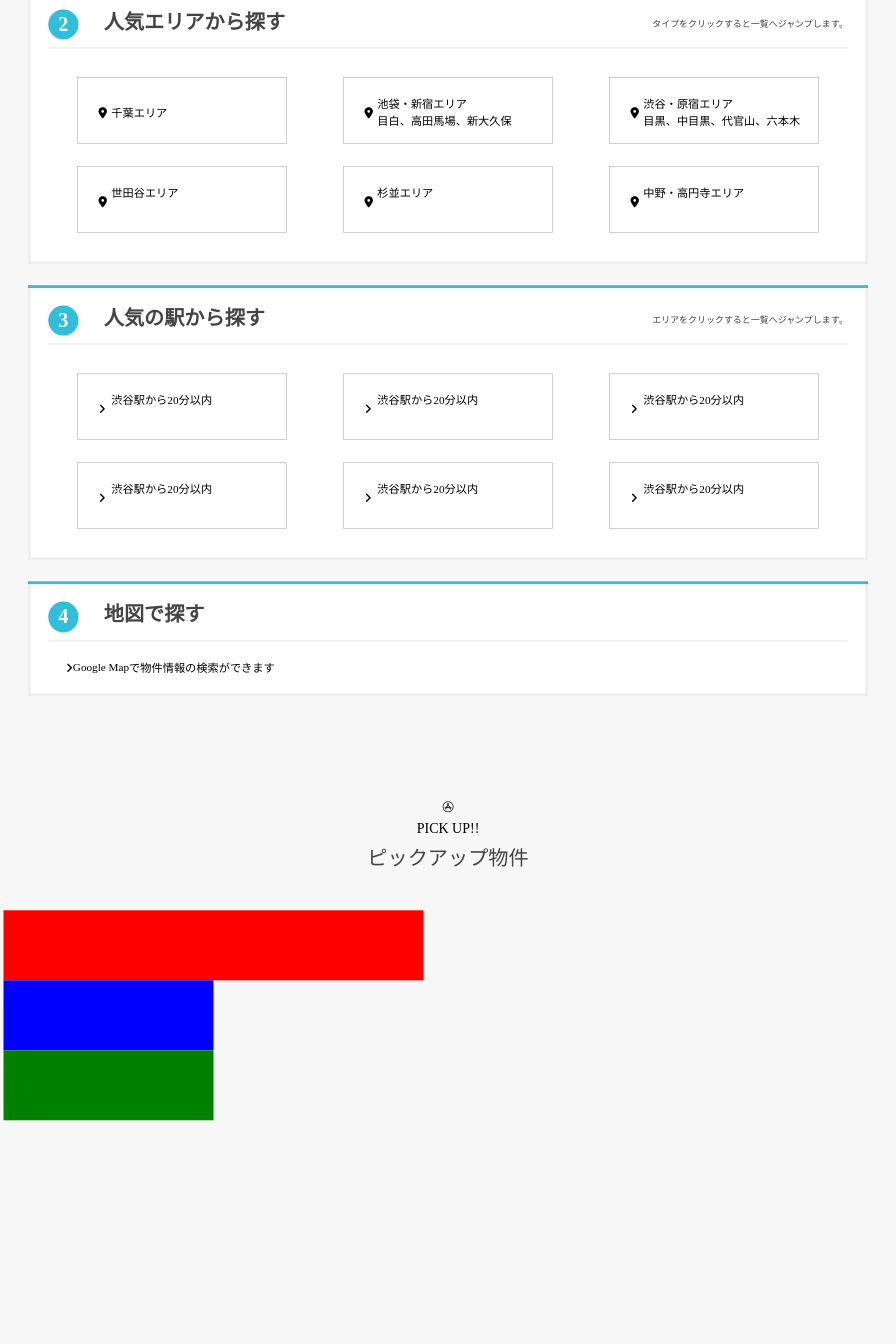
Repository: ninhdavid/real-estate
Page: index.html
The author's editor kept a copy of each file at every save. The page is drawn from the files as they stood at one save, then again after the next save.
The browser window is 1280 px wide. The pictures show the part of the page from y = 969 to 2889 px (the page is 2889 px tall), at 70% of full size.
Some web libraries are served in a nearby version. The style sheet was rebuilt from its Sass, Less or Tailwind sources for each picture, by a compiler version that may differ from the author's.

Above is the page before, as saved 2022-05-27 20:12:50.

After the next save:
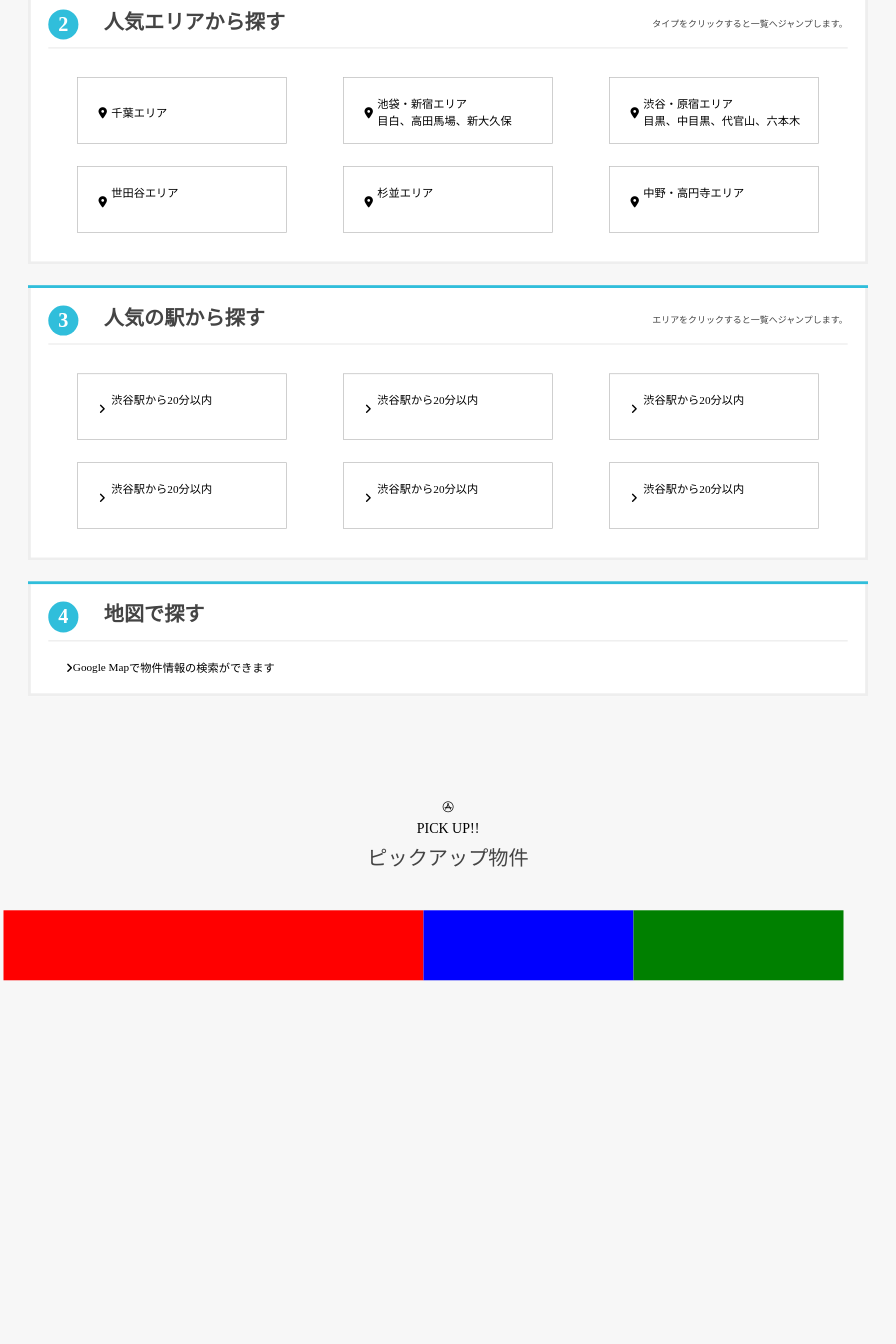
Saved 5 s later.
--- a/css/main.scss
+++ b/css/main.scss
@@ -254,11 +254,11 @@
     background-color: red;
 }
 .house-2{
-    grid-area: 2;
+    grid-area: b;
     background-color: blue;
 }
 .house-3{
-    grid-area: 3;
+    grid-area: c;
     background-color: green;
 }
 .house-4{
